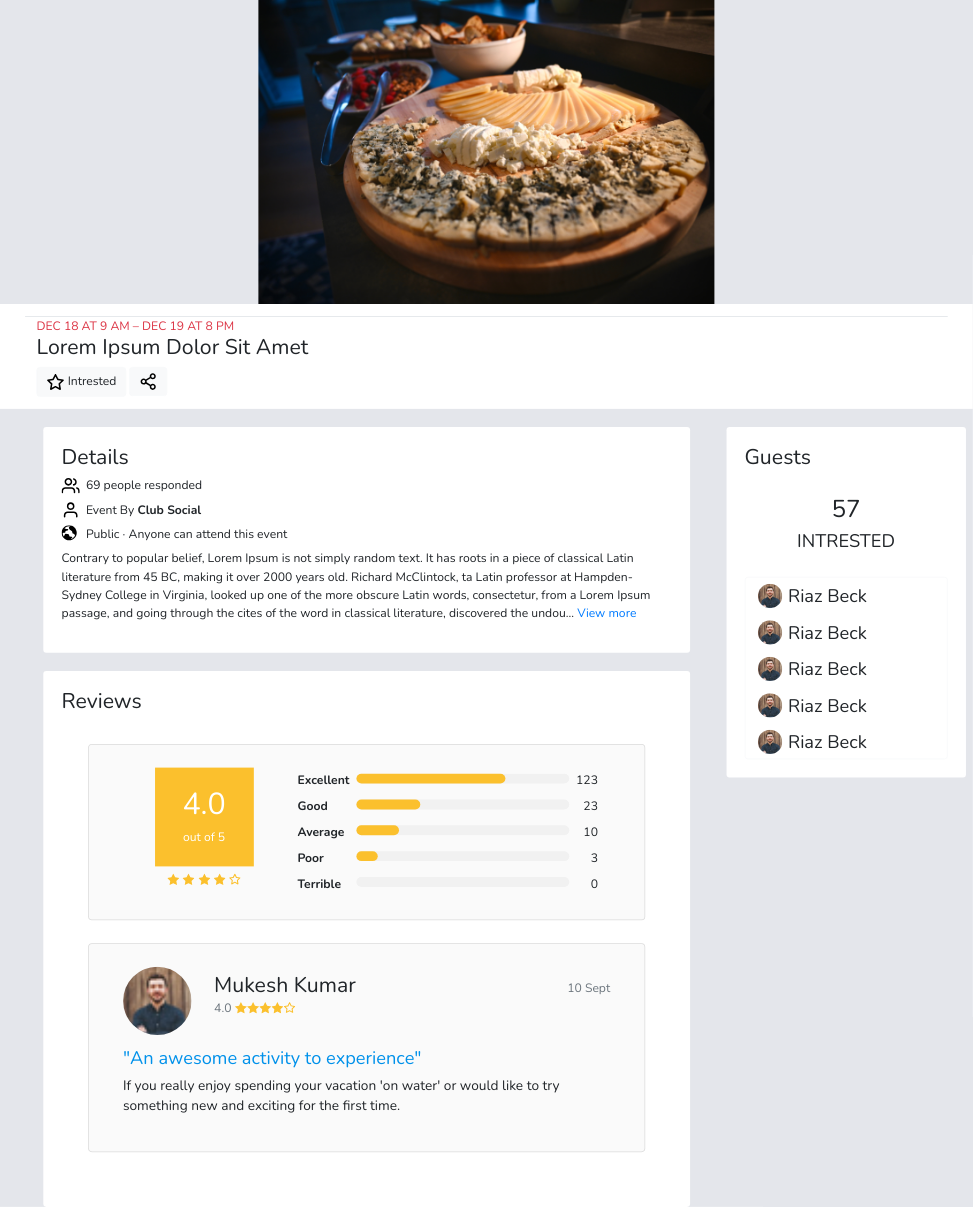
Repository: iamrachid/ensaevents
Page: event.html
These files come from the project's save history. The page is drawn as it stood at one moment and after the next save; the edit follows.
The browser window is 1280 px wide. The pictures show the whole page, at 76% of full size.

Above is the page before, as saved 2021-11-25 18:22:24.

After the next save:
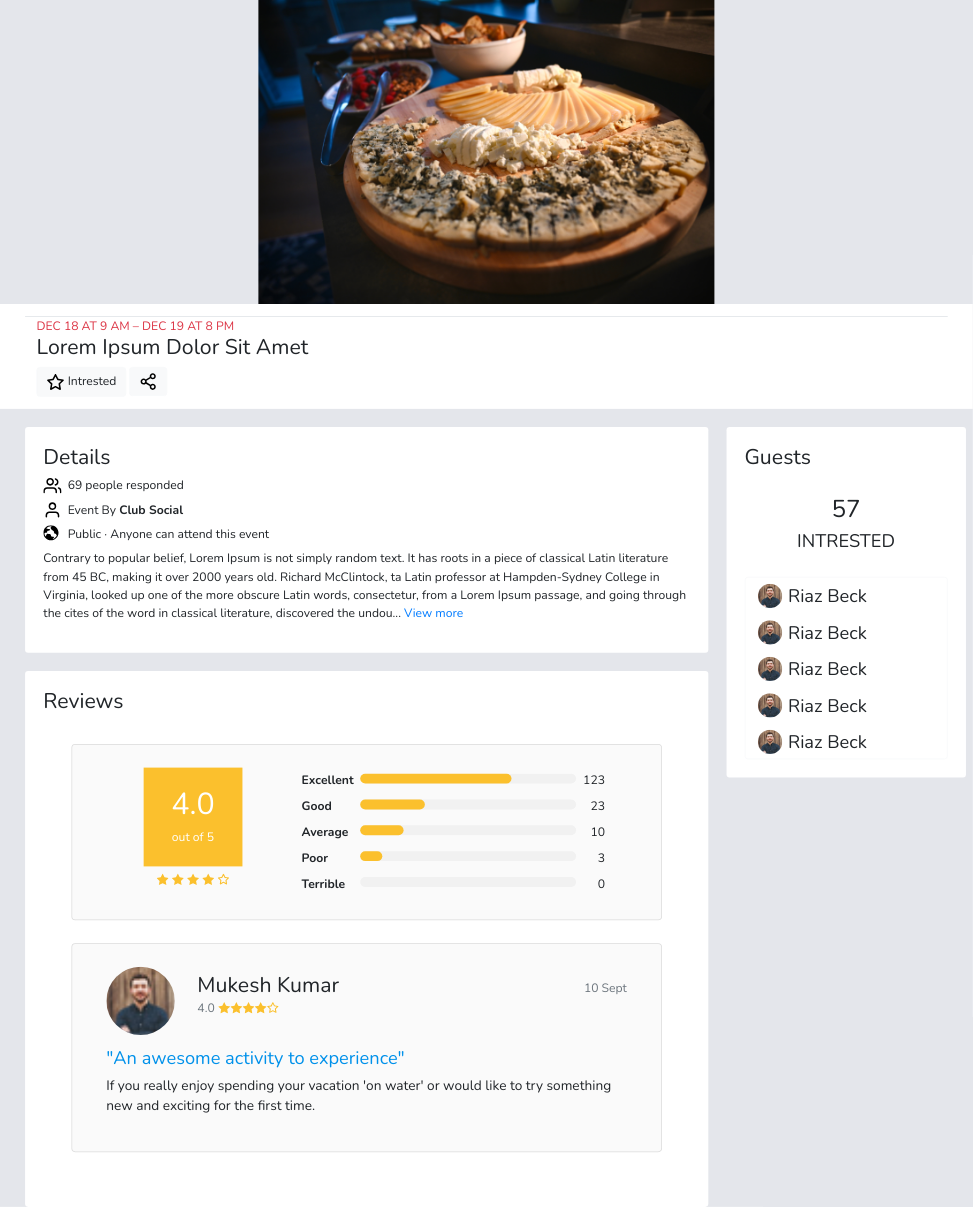
Saved 10 s later.
--- a/event.html
+++ b/event.html
@@ -45,7 +45,7 @@
 
     <div class="px-md-4 p-0 bg-main">
         <div class="row">
-            <div class="col-md-8 col-lg-9 col-12 px-4 px-md-3 px-lg-5">
+            <div class="col-md-8 col-lg-9 col-12 px-4 px-md-3 px-lg-4">
                 <div class="bg-white mt-4 p-4 rounded">
                     <h3>Details</h3>
                     <div class="d-flex">
